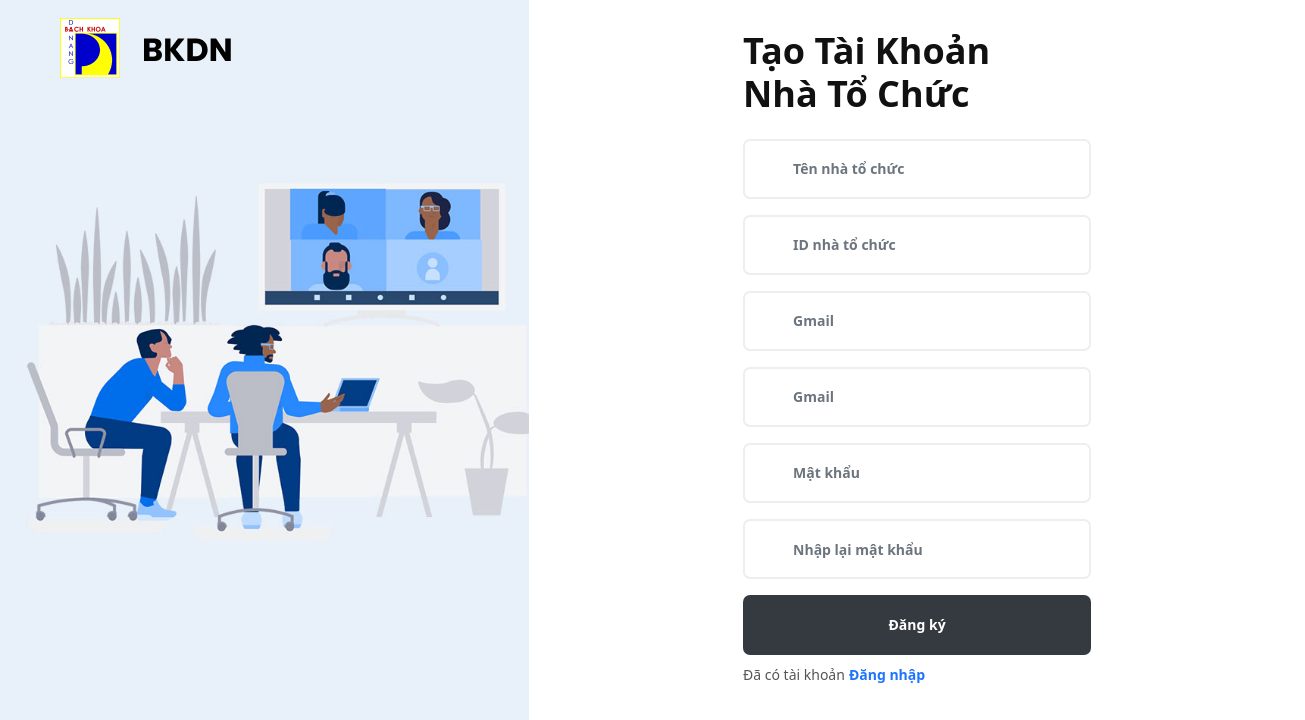
Repository: NT912/Activity-management-WEB-for-student-of-Danang
Page: http://localhost/dangkyNTC.php
The author's editor kept a copy of each file at every save. The page is drawn from the files as they stood at one save, then again after the next save.
The browser window is 1280 px wide. The page is 1305 px wide, so the pictures cover 1305 px, including what lies to the right of the window. The pictures show the whole page.
Some web fonts or font styles are not loaded; a fallback is used. The page is run by PHP 8.4 with error messages shown; the project is at /var/www/html/.

Above is the page before, as saved 2024-05-09 23:00:29.

### dangkyNTC.php
<?php
require("./DB/database.php");

$conn = new mysqli($servername, $username, $password, $dbname);

if ($conn->connect_error) {
    die("Connect failed" . $conn->connect_error);
}

if ($_SERVER["REQUEST_METHOD"] == "POST") {
    $name_orginization = $_POST["Name_orginization"];
    $id_orginization = $_POST["Id_orginization"];
    $email = $_POST["Email"];
    $matkhau = $_POST["Password"];

    if (empty($name_orginization) || empty($email) || empty($matkhau) || empty($id_orginization)) {
        echo "<script>alert('Vui lòng điền đầy đủ thông tin.');</script>";
    } else {
        // Kiểm tra xem ID đã tồn tại trong cơ sở dữ liệu chưa
        $sql_check = "SELECT * FROM Orginization_information WHERE Id_orginization = '$id_orginization'";
        $result_check = $conn->query($sql_check);

        if ($result_check->num_rows > 0) {
            // ID đã tồn tại
            echo "<script>alert('ID đã tồn tại. Vui lòng nhập lại ID khác.');</script>";
        } else {
            // ID chưa tồn tại, tiến hành thêm thông tin sinh viên và khoa vào cơ sở dữ liệu

            // Thêm thông tin sinh viên vào bảng Student
            $sql_ntc = "INSERT INTO Orginization_information (Id_orginization, Name_orginization, Email, Password) VALUES ('$id_orginization', '$name_orginization', '$email', '$matkhau')";
            $result_ntc = $conn->query($sql_ntc);

            if ($result_ntc === TRUE) {
                // Thêm thông tin khoa vào bảng Major
                $sql_major = "INSERT INTO major (khoa) VALUES ('$khoa')";
                $result_major = $conn->query($sql_major);

                echo "<script>alert('Đăng ký thành công.');</script>";
                    // Chuyển hướng sang trang login.php
                    header("Location: login.php");
                    exit(); // Đảm bảo không có mã HTML hoặc mã PHP nào được thực thi sau lệnh chuyển hướng

            } else {
                echo "Lỗi khi thêm thông tin nhà tổ chức: " . $conn->error;
            }
        }
    }

    $conn->close();
}
?>

<!DOCTYPE html>
<html lang="en">
<head>
    <meta charset="UTF-8">
    <meta name="viewport" content="width=device-width, initial-scale=1.0">
    <meta http-equiv="X-UA-Compatible" content="ie=edge">
    <title>Đăng ký</title>
<!--
    <link rel="stylesheet" href="css/themify-icons.css">
    <link rel="stylesheet" href="css/feather.css"> -->
    <!-- Favicon icon -->
    <link rel="icon" type="image/png" sizes="16x16" href="images/favicon.png">
    <!-- Custom Stylesheet -->
    <link rel="stylesheet" href="css/style.css">

    <script>
        function validateInput(inputName) {
            var inputValue = document.forms["registerForm"][inputName].value;
            var errorElement = document.getElementById("error" + inputName.charAt(0).toUpperCase() + inputName.slice(1));

            if (inputValue.trim() === "") {
                errorElement.style.display = "block";
            } else {
                errorElement.style.display = "none";
            }
        }

        function checkInputPasswordAgain() {
            var password = document.forms["registerForm"]["Password"].value;
            var confirmPassword = document.forms["registerForm"]["nhaplaimatkhau"].value;
            var confirmPasswordError = document.getElementById("errorNhaplaimatkhau");
            var submitButton = document.querySelector('button[type="submit"]');

            if (confirmPassword.trim() === "") {
                confirmPasswordError.innerText = "Vui lòng nhập lại mật khẩu.";
                confirmPasswordError.style.display = "block";
                submitButton.disabled = true;
            } else if (password !== confirmPassword) {
                confirmPasswordError.innerText = "Mật khẩu nhập lại không khớp với mật khẩu đã nhập.";
                confirmPasswordError.style.display = "block";
                submitButton.disabled = true;
            } else {
                confirmPasswordError.style.display = "none";
                submitButton.disabled = false;
            }
        }

    </script>

</head>

<body class="color-theme-blue">

    <div class="preloader"></div>

    <div class="main-wrap">

        <div class="nav-header bg-transparent shadow-none border-0">
            <div class="nav-top w350">
                <a href="#"> <img src="./images/LOGO.png" alt="Logopage" class="logo-img"> </a>
            </div>
        </div>

        </div>
        <!-- end header -->

        <!-- khung đăng ký   -->
        <div class="row">
            <div class="col-xl-5 d-none d-xl-block p-0 vh-100 bg-image-cover bg-no-repeat" style="background-image: url(images/login-bg-2.jpg);"></div>
            <div class="col-xl-7 vh-100 align-items-center d-flex bg-white rounded-3 overflow-hidden">
                <div class="card shadow-none border-0 ms-auto me-auto login-card">
                    <div class="card-body rounded-0 text-left">
                        <h2 class="fw-700 display1-size display2-md-size mb-4">Tạo Tài Khoản <br> Nhà Tổ Chức</h2>
                        <form>
                            <div class="form-group icon-input mb-3">
                                <i class="font-sm ti-user text-grey-500 pe-0"></i>
                                <input type="text" name="ten" class="style2-input ps-5 form-control text-grey-900 font-xsss fw-600" placeholder="Tên nhà tổ chức" onblur="validateInput('ten')">
                                <span id="errorTen" style="color: red; display: none;">Vui lòng nhập tên nhà tổ chức.</span>
                            </div>
                            <div class="form-group icon-input mb-3">
                                <i class="font-sm ti-user text-grey-500 pe-0"></i>
                                <input type="text" name="id" class="style2-input ps-5 form-control text-grey-900 font-xsss fw-600" placeholder="ID nhà tổ chức" onblur="validateInput('id')">
                                <span id="errorId" style="color: red; display: none;">Vui lòng nhập ID nhà tổ chức.</span>
                            </div>
                            <div class="form-group icon-input mb-3">
                                <i class="font-sm ti-user text-grey-500 pe-0"></i>
                                <input type="text" name="gmail" class="style2-input ps-5 form-control text-grey-900 font-xsss fw-600" placeholder="Gmail" onblur="validateInput('id')">
                                <span id="errorGmail" style="color: red; display: none;">Vui lòng nhập Gmail.</span>
                            </div>
                            <div class="form-group icon-input mb-3">
                                <i class="font-sm ti-email text-grey-500 pe-0"></i>
                                <input type="text" class="style2-input ps-5 form-control text-grey-900 font-xsss fw-600" placeholder="Gmail">
                            </div>
                            <div class="form-group icon-input mb-3">
                                <i class="font-sm ti-email text-grey-500 pe-0"></i>
                                <input type="text" class="style2-input ps-5 form-control text-grey-900 font-xsss fw-600" placeholder="Mật khẩu">
                            </div>
                            <div class="form-group icon-input mb-3">
                                <input type="Password" class="style2-input ps-5 form-control text-grey-900 font-xss ls-3" placeholder="Nhập lại mật khẩu">
                                <i class="font-sm ti-lock text-grey-500 pe-0"></i>
                            </div>
                        </form>
                        <div class="col-sm-12 p-0 text-left">
                            <div class="form-group mb-1"><a href="#" class="form-control text-center style2-input text-white fw-600 bg-dark border-0 p-0 ">Đăng ký</a></div>
                            <h6 class="text-grey-500 font-xsss fw-500 mt-0 mb-0 lh-32">Đã có tài khoản<a href="login.php" class="fw-700 ms-1">Đăng nhập</a></h6>
                        </div>

                    </div>
                </div>
            </div>
        </div>
        <!-- end khung dang y -->
    </div>
    <script src="js/plugin.js"></script>
    <script src="js/scripts.js"></script>

</body>

</html>

### DB/database.php
<?php
$servername = 'localhost:3306';
$username = 'root';
$password = 'truong912002';
$dbname = 'ActivityManagerWeb';
?>

Loaded but not shown: css/style.css (library); js/plugin.js (library); images/preloader.svg (1 lines, source omitted); js/scripts.js (419 lines, source omitted)

After the next save:
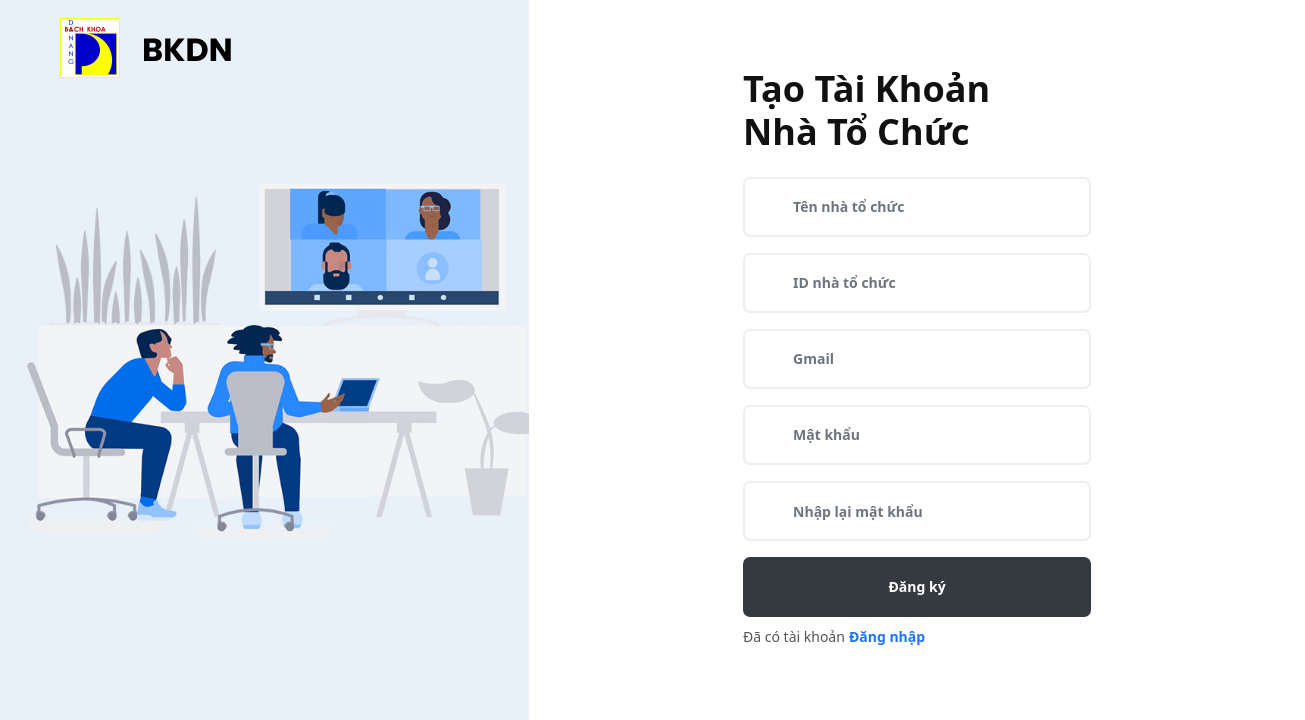
Saved 21 s later.
--- a/dangkyNTC.php
+++ b/dangkyNTC.php
@@ -141,15 +141,13 @@
                             </div>
                             <div class="form-group icon-input mb-3">
                                 <i class="font-sm ti-email text-grey-500 pe-0"></i>
-                                <input type="text" class="style2-input ps-5 form-control text-grey-900 font-xsss fw-600" placeholder="Gmail">
+                                <input type="password" name="Password" class="style2-input ps-5 form-control text-grey-900 font-xsss fw-600" placeholder="Mật khẩu" onblur="validateInput('Password')">
+                                <span id="errorPassword" style="color: red; display: none;">Vui lòng nhập mật khẩu.</span>
                             </div>
                             <div class="form-group icon-input mb-3">
-                                <i class="font-sm ti-email text-grey-500 pe-0"></i>
-                                <input type="text" class="style2-input ps-5 form-control text-grey-900 font-xsss fw-600" placeholder="Mật khẩu">
-                            </div>
-                            <div class="form-group icon-input mb-3">
-                                <input type="Password" class="style2-input ps-5 form-control text-grey-900 font-xss ls-3" placeholder="Nhập lại mật khẩu">
                                 <i class="font-sm ti-lock text-grey-500 pe-0"></i>
+                                <input type="password" name="nhaplaimatkhau" class="style2-input ps-5 form-control text-grey-900 font-xss ls-3" placeholder="Nhập lại mật khẩu" onblur="checkInputPasswordAgain()" required>
+                                <span id="errorNhaplaimatkhau" style="color: red; display: none;">Vui lòng nhập lại mật khẩu.</span>
                             </div>
                         </form>
                         <div class="col-sm-12 p-0 text-left">
